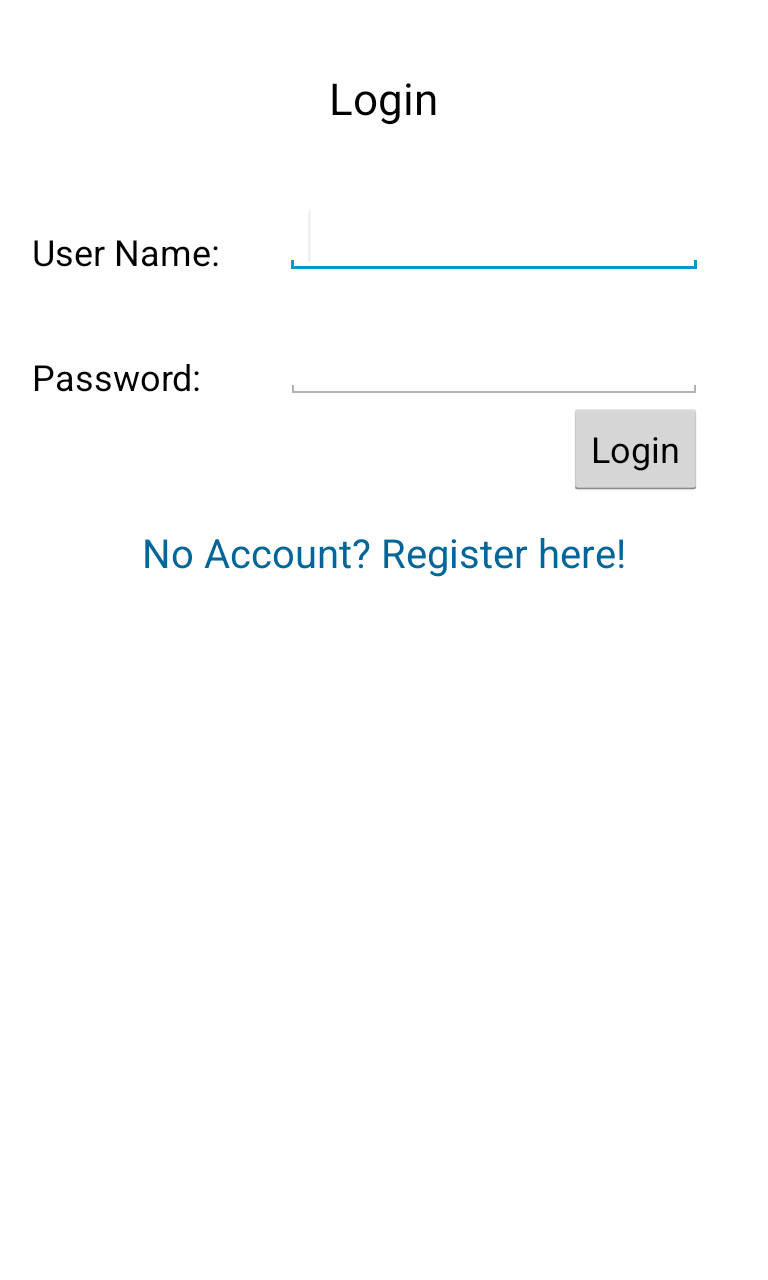
Repository: chrisberry/WebAPIWithAndroidUI
Layout: PeopleAPIAndroid/PeopleAPI/res/layout/login_main.xml
An editor plug-in stored every save of this project. The layout is shown before and after the next save, followed by the edit.
It is drawn on a 768 x 1280 px phone screen (xhdpi) without system bars, with theme AppTheme; the app's code is not run.

Above is the layout before, as saved 2014-02-11 18:27:45.

### PeopleAPIAndroid/PeopleAPI/res/layout/login_main.xml
<RelativeLayout xmlns:android="http://schemas.android.com/apk/res/android"
    xmlns:tools="http://schemas.android.com/tools"
    android:layout_width="match_parent"
    android:layout_height="match_parent"
    android:paddingBottom="@dimen/activity_vertical_margin"
    android:paddingLeft="@dimen/activity_horizontal_margin"
    android:paddingRight="@dimen/activity_horizontal_margin"
    android:paddingTop="@dimen/activity_vertical_margin" android:onClick="editActions"
    tools:context=".LoginMainActivity" >
    <TextView
      android:id="@+id/textView1"
      android:layout_width="wrap_content"
      android:layout_height="wrap_content"
      android:layout_alignParentTop="true"
      android:layout_centerHorizontal="true"
      android:layout_marginTop="18dp"
      android:text="@string/login_tile"
      android:textAppearance="?android:attr/textAppearanceLarge" />

   <TextView
      android:id="@+id/textView2"
      android:layout_width="wrap_content"
      android:layout_height="wrap_content"
      android:layout_alignParentLeft="true"
      android:layout_below="@+id/textView1"
      android:layout_marginTop="50dp"
      android:text="@string/username"

      android:textAppearance="?android:attr/textAppearanceMedium" />

   <EditText
      android:id="@+id/editText1"
      android:layout_width="wrap_content"
      android:layout_height="wrap_content"
      android:layout_alignBottom="@+id/textView2"
      android:layout_marginLeft="32dp"

      android:layout_toRightOf="@+id/textView2"
      android:ems="10" >

      <requestFocus />
   </EditText>

   <TextView
      android:id="@+id/textView3"
      android:layout_width="wrap_content"
      android:layout_height="wrap_content"
      android:layout_alignLeft="@+id/textView2"
      android:layout_below="@+id/textView2"
      android:layout_marginTop="38dp"
      android:text="@string/password"
      android:textAppearance="?android:attr/textAppearanceMedium" />

   <EditText
      android:id="@+id/editText2"
      android:layout_width="wrap_content"
      android:layout_height="wrap_content"
      android:layout_alignBottom="@+id/textView3"
      android:layout_alignLeft="@+id/editText1"
      android:ems="10"
      android:inputType="textPassword" />

    <TextView
        style="@style/CodeFont"
        android:layout_width="wrap_content"
        android:layout_height="wrap_content"
        android:layout_below="@+id/button1"
        android:layout_centerHorizontal="true"
        android:layout_marginTop="14dp"
        android:onClick="showRegister"
        android:text="@string/register_prompt"
        android:textSize="20sp" />

    <Button
        android:id="@+id/button1"
        android:layout_width="wrap_content"
        android:layout_height="wrap_content"
        android:layout_alignRight="@+id/editText2"
        android:layout_below="@+id/editText2"
        android:onClick="login"
        android:text="@string/login" />

</RelativeLayout>

### PeopleAPIAndroid/PeopleAPI/res/values/styles.xml
<resources>

    <!--
        Base application theme, dependent on API level. This theme is replaced
        by AppBaseTheme from res/values-vXX/styles.xml on newer devices.


    -->
    <style name="AppBaseTheme" parent="android:Theme.Light">
        <!--
            Theme customizations available in newer API levels can go in
            res/values-vXX/styles.xml, while customizations related to
            backward-compatibility can go here.


        -->
    </style>

    <!-- Application theme. -->
    <style name="AppTheme" parent="AppBaseTheme">
        <!-- All customizations that are NOT specific to a particular API-level can go here. -->

    </style>

    <style name="CodeFont" parent="@android:style/TextAppearance.Medium">
        <item name="android:layout_width">fill_parent</item>
        <item name="android:layout_height">wrap_content</item>
        <item name="android:textColor">#006699</item>
        <item name="android:typeface">sans</item>
    </style>

</resources>

### PeopleAPIAndroid/PeopleAPI/res/values/strings.xml
<?xml version="1.0" encoding="utf-8"?>
<resources>
    <string name="app_name">People API</string>
    <string name="action_settings">Settings</string>
    <string name="hello_world">Hello world!</string>
    <string name="login_tile">Login</string>
    <string name="register_tile">Register</string>
    <string name="register_prompt">No Account? Register here!</string>
    <string name="password">Password:</string>
    <string name="login">Login</string>
    <string name="username">User Name:</string>
</resources>

Loaded but not shown: PeopleAPIAndroid/PeopleAPI/res/values-v11/styles.xml (common file); PeopleAPIAndroid/PeopleAPI/res/values-v14/styles.xml (common file); PeopleAPIAndroid/PeopleAPI/res/values/dimens.xml (common file)

After the next save:
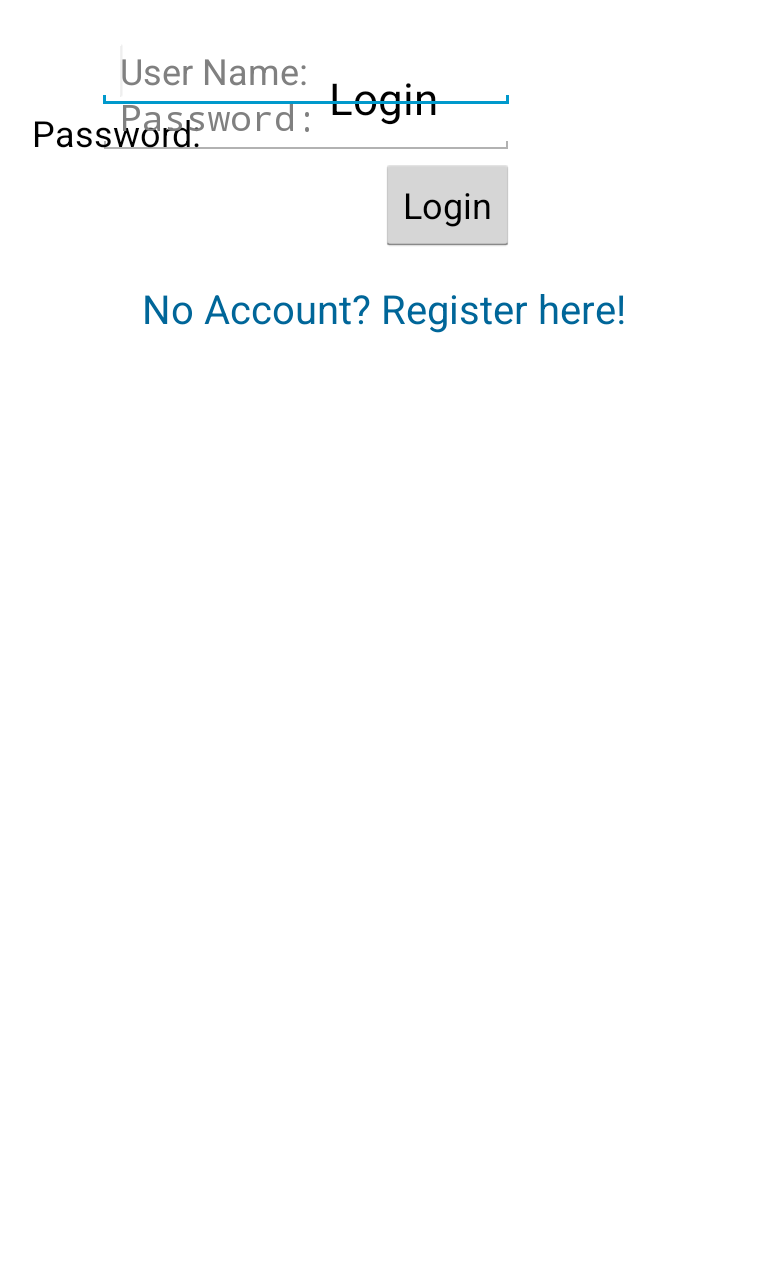
Saved 99 s later.
--- a/PeopleAPIAndroid/PeopleAPI/res/layout/login_main.xml
+++ b/PeopleAPIAndroid/PeopleAPI/res/layout/login_main.xml
@@ -17,24 +17,13 @@
       android:text="@string/login_tile"
       android:textAppearance="?android:attr/textAppearanceLarge" />
 
-   <TextView
-      android:id="@+id/textView2"
-      android:layout_width="wrap_content"
-      android:layout_height="wrap_content"
-      android:layout_alignParentLeft="true"
-      android:layout_below="@+id/textView1"
-      android:layout_marginTop="50dp"
-      android:text="@string/username"
-
-      android:textAppearance="?android:attr/textAppearanceMedium" />
-
-   <EditText
+    <EditText
       android:id="@+id/editText1"
+      android:hint="@string/username"
       android:layout_width="wrap_content"
       android:layout_height="wrap_content"
       android:layout_alignBottom="@+id/textView2"
       android:layout_marginLeft="32dp"
-
       android:layout_toRightOf="@+id/textView2"
       android:ems="10" >
 
@@ -58,6 +47,7 @@
       android:layout_alignBottom="@+id/textView3"
       android:layout_alignLeft="@+id/editText1"
       android:ems="10"
+       android:hint="@string/password"
       android:inputType="textPassword" />
 
     <TextView
